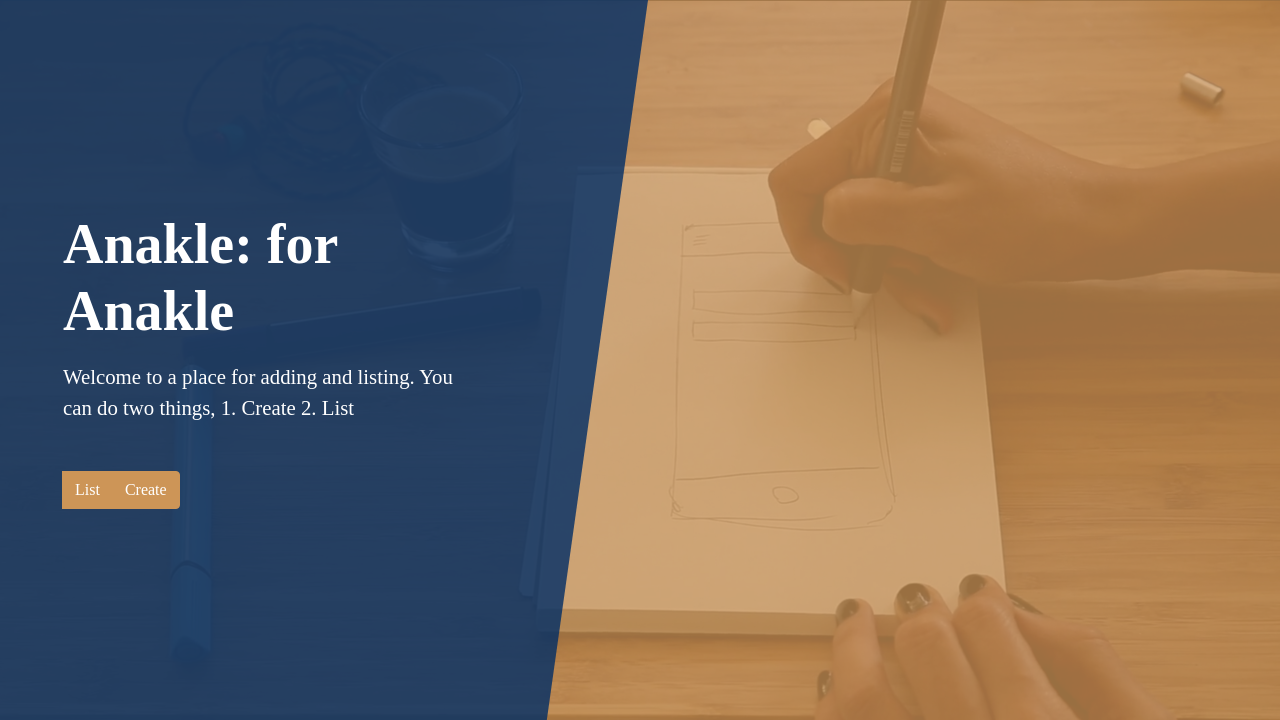
Repository: Guruscode/mega-list
Page: http://localhost/
An editor plug-in stored every save of this project. The page is shown before and after the next save, followed by the edit.
The browser window is 1280 px wide. The pictures show the whole page.
Some web fonts or font styles are not loaded; a fallback is used. The page is run by PHP 8.4 with error messages shown; the project is at /var/www/html/.

Above is the page before, as saved 2018-02-22 14:44:59.
Console error: TypeError: Cannot read properties of undefined (reading 'fn')

### index.php
<!DOCTYPE html>
<html lang="en">
<head>
    <meta charset="UTF-8">
    <meta name="viewport" content="width=device-width, initial-scale=1.0">
    <meta http-equiv="X-UA-Compatible" content="ie=edge">

    <link rel="stylesheet" href="css/bootstrap.min.css">
    <link href="css/welcome.min.css" rel="stylesheet">
    <link href="https://fonts.googleapis.com/css?family=Source+Sans+Pro:200,200i,300,300i,400,400i,600,600i,700,700i,900,900i" rel="stylesheet">
    <link href="https://fonts.googleapis.com/css?family=Merriweather:300,300i,400,400i,700,700i,900,900i" rel="stylesheet">
    <link href="vendor/font-awesome/css/font-awesome.min.css" rel="stylesheet">
    <title>Anakle: For Anakle</title>
</head>
<body>

        <div class="overlay"></div>

        <div class="masthead">
        <div class="masthead-bg"></div>
        <div class="container h-100">
            <div class="row h-100">
            <div class="col-12 my-auto">
                <div class="masthead-content text-white py-5 py-md-0">
                <h1 class="mb-3">Anakle: for Anakle</h1>
                <p class="mb-5">Welcome to a place for adding and listing. You can do two things, 1. Create 2. List</p>
                <div class="input-group input-group-newsletter">

                    <div class="input-group-append pull-center">
                    <a class="btn btn-secondary">List</a>
                    <a class="btn btn-secondary">Create</a>
                    </div>
                </div>
                </div>
            </div>
            </div>
        </div>
        </div>


<script src="js/bootstrap.min.js"></script>
<script src="js/jquery-3.3.1.min.js"></script>
<script src="js/bootstrap.bundle.min.js"></script>
<script src="js/jquery.vide.min.js"></script>
<script src="js/welcome.min.js"></script>

</body>
</html>

Loaded but not shown: css/bootstrap.min.css (library); css/welcome.min.css (common file); js/bootstrap.min.js (library); js/jquery-3.3.1.min.js (library); js/bootstrap.bundle.min.js (library); js/jquery.vide.min.js (library); js/welcome.min.js (common file)

After the next save:
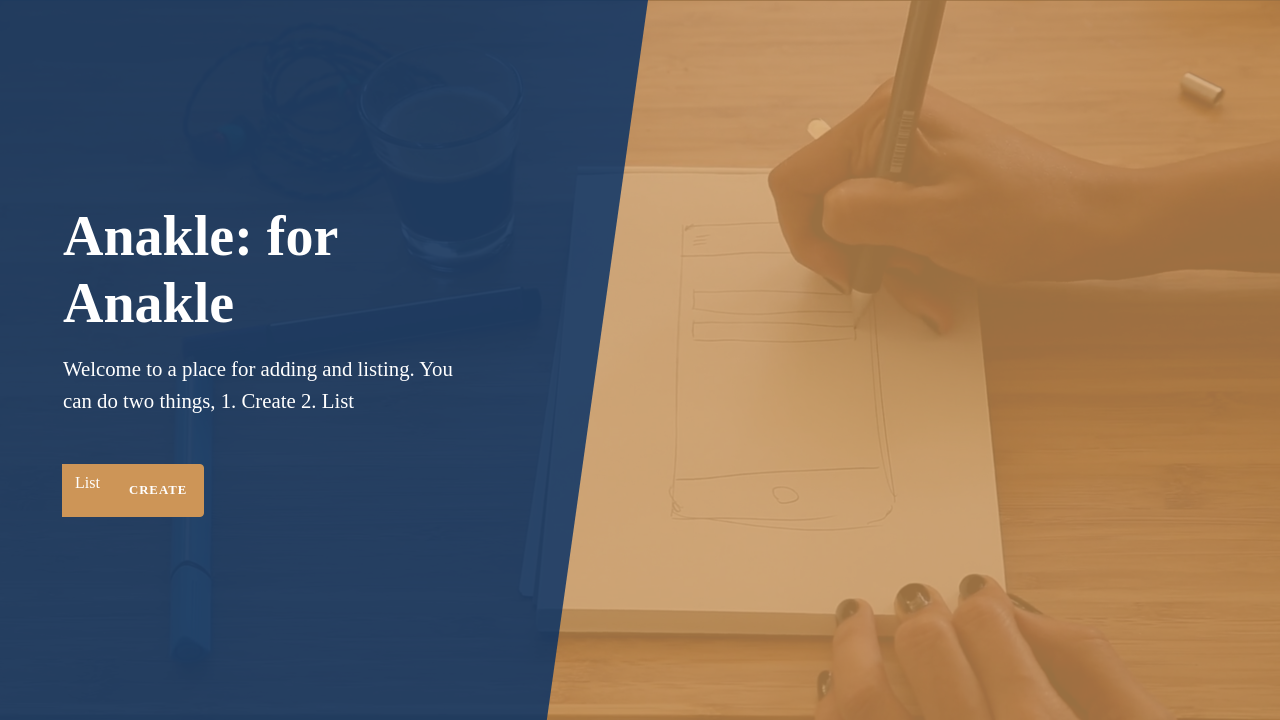
Saved 27 s later.
--- a/index.php
+++ b/index.php
@@ -28,7 +28,7 @@
 
                     <div class="input-group-append pull-center">
                     <a class="btn btn-secondary">List</a>
-                    <a class="btn btn-secondary">Create</a>
+                    <button type="button" class="btn btn-secondary">Create</a>
                     </div>
                 </div>
                 </div>
